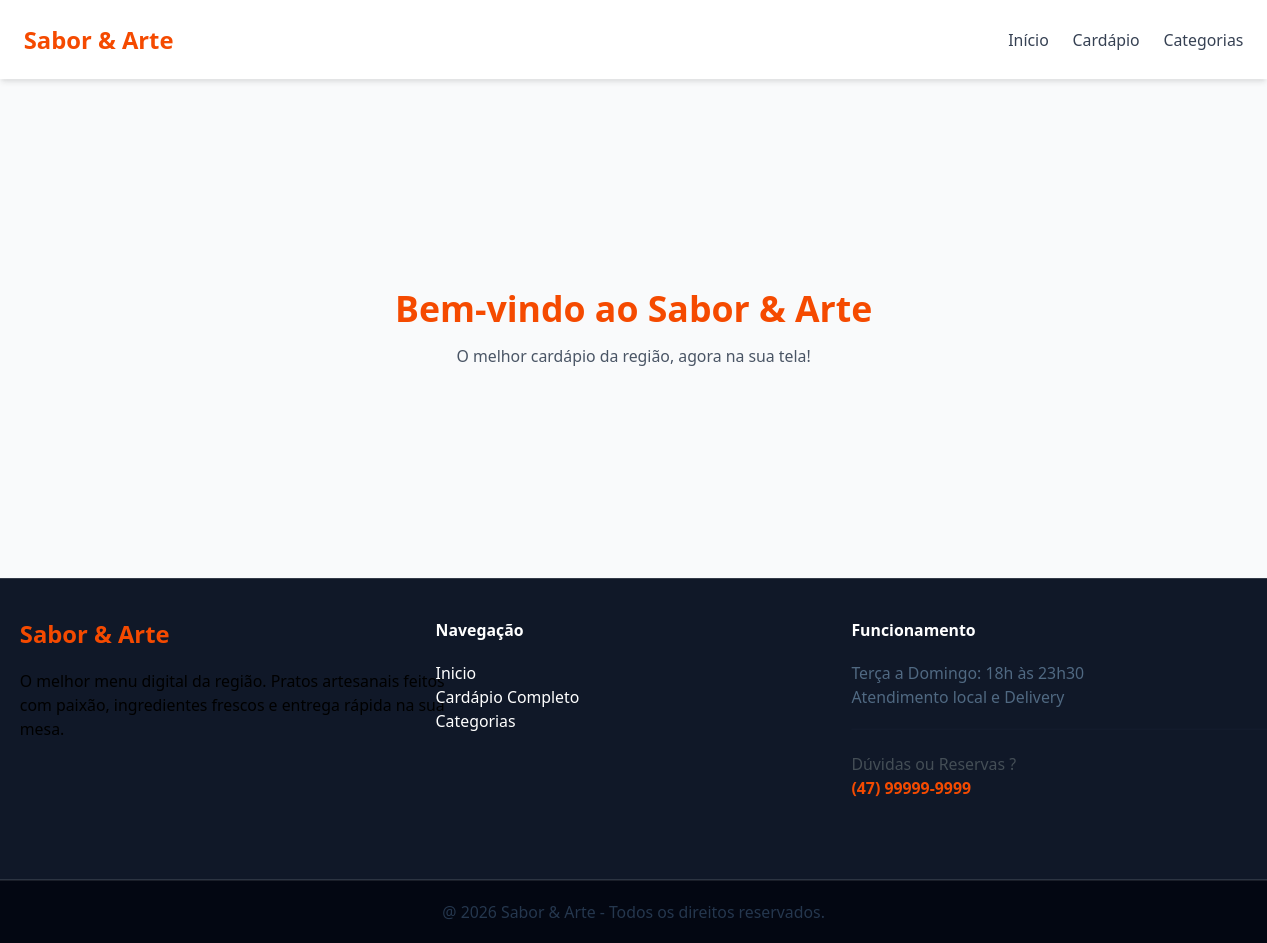
Repository: DiegoWWeege/pair-programming-next-js
Page: / (app in next-js-project/)
An editor plug-in stored every save of this project. The page is shown before and after the next save, followed by the edit.
The browser window is 1280 px wide. The pictures show the whole page, at 99% of full size.
The project was rebuilt for these pictures with package versions that can differ from the ones it lists, and the page was loaded fresh each time. The framework's server and built-in components were replaced by stand-ins that run in the browser. Also part of the build but not shown: next-js-project/next.config.ts.

Above is the page before, as saved 2026-09-18 18:59:13.

After the next save:
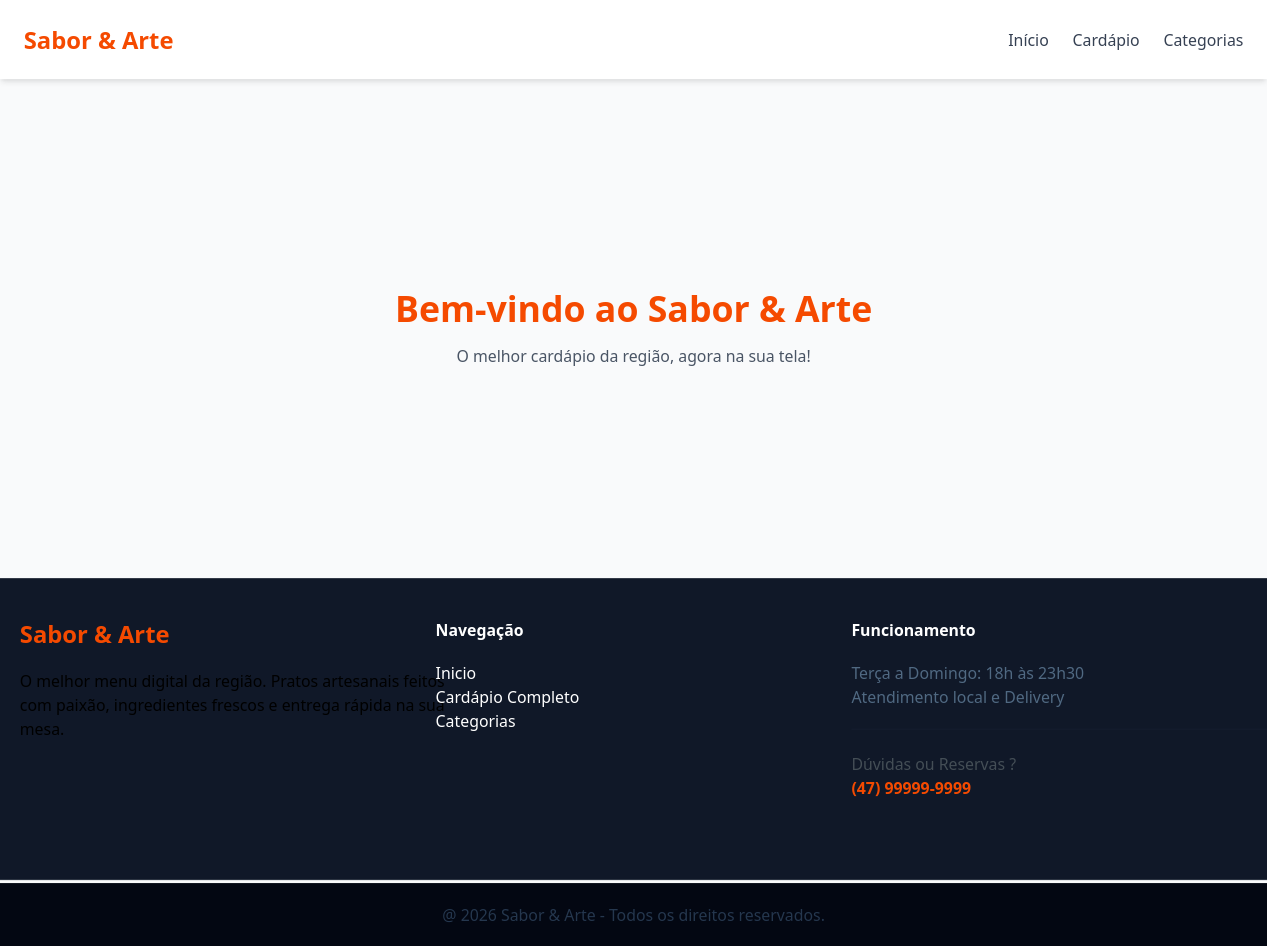
Saved 10 s later.
--- a/next-js-project/src/components/Footer.tsx
+++ b/next-js-project/src/components/Footer.tsx
@@ -50,7 +50,7 @@
 
            </div>
 
-            <hr className="border-[#151E2E]"/>
+            <hr className="border-[#151E2E] h-1"/>
 
            <div className = "flex items-center justify-center p-5 bg-[#030712]">
                     <p className="text-[#25374E]">

After the save that followed:
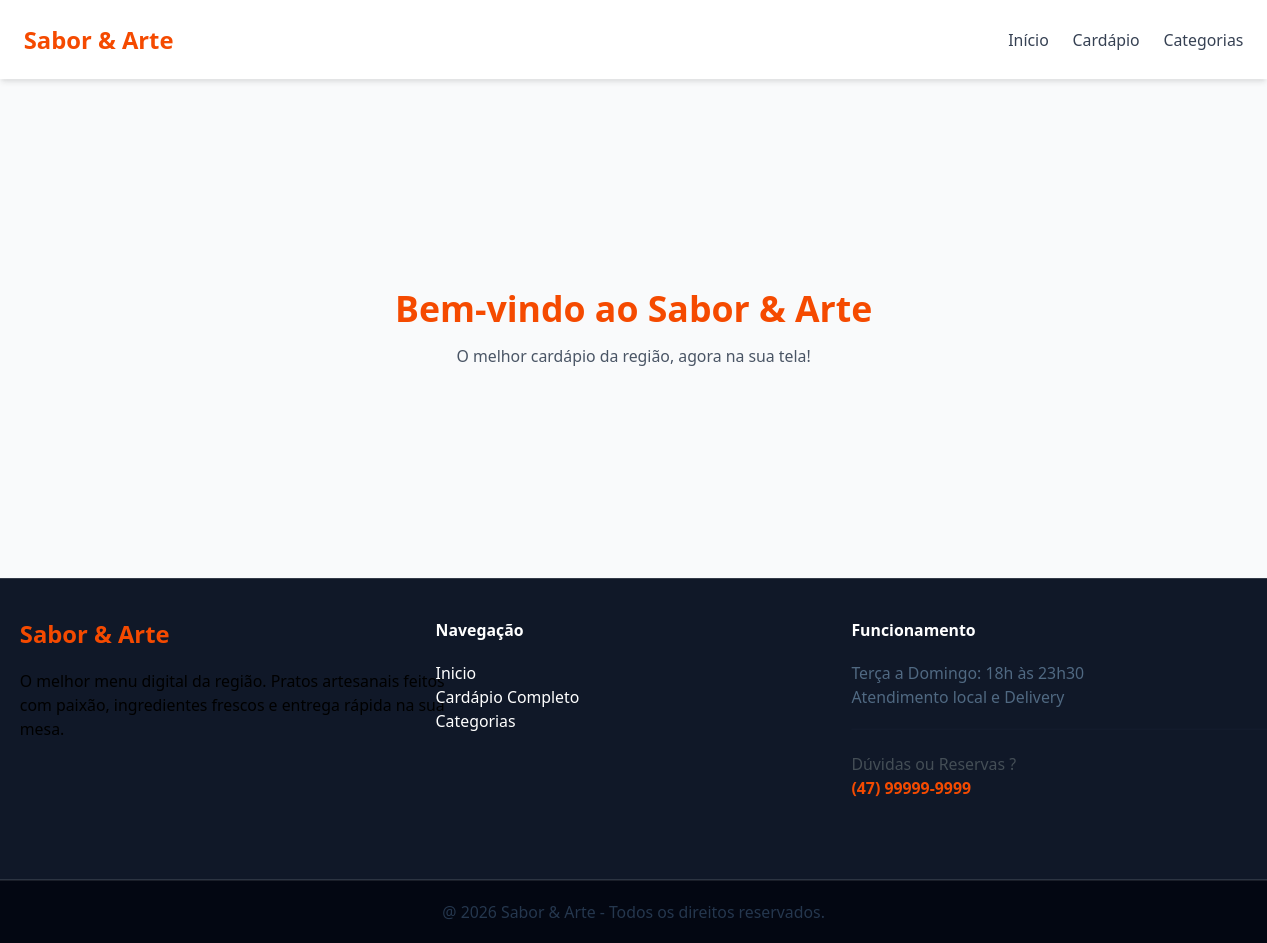
Saved 8 s later.
--- a/next-js-project/src/components/Footer.tsx
+++ b/next-js-project/src/components/Footer.tsx
@@ -50,7 +50,7 @@
 
            </div>
 
-            <hr className="border-[#151E2E] h-1"/>
+            <hr className="border-[#151E2E] "/>
 
            <div className = "flex items-center justify-center p-5 bg-[#030712]">
                     <p className="text-[#25374E]">
